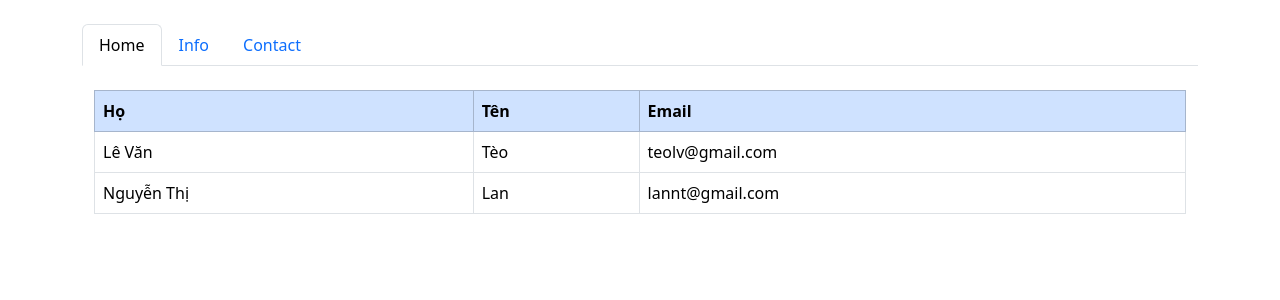
Repository: KizukoHeiwa/SOF308
Page: SOF308Slide2/Tabs copy.html
These files come from the project's save history. The page is drawn as it stood at one moment and after the next save; the edit follows.
The browser window is 1280 px wide. The pictures show the whole page.

Above is the page before, as saved 2024-11-05 10:07:50.

After the next save:
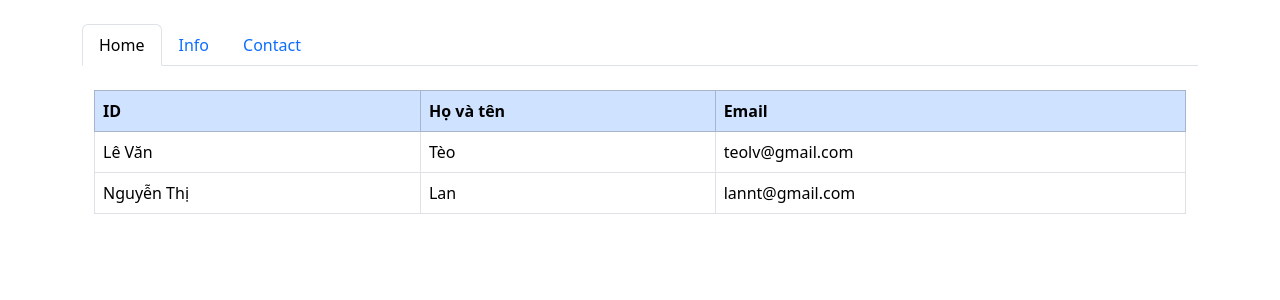
Saved 19 s later.
--- a/SOF308Slide2/Tabs copy.html
+++ b/SOF308Slide2/Tabs copy.html
@@ -31,8 +31,8 @@
           <table class="table table-bordered">
             <thead class="table-primary">
               <tr>
-                <th>Họ</th>
-                <th>Tên</th>
+                <th>ID</th>
+                <th>Họ và tên</th>
                 <th>Email</th>
               </tr>
             </thead>
